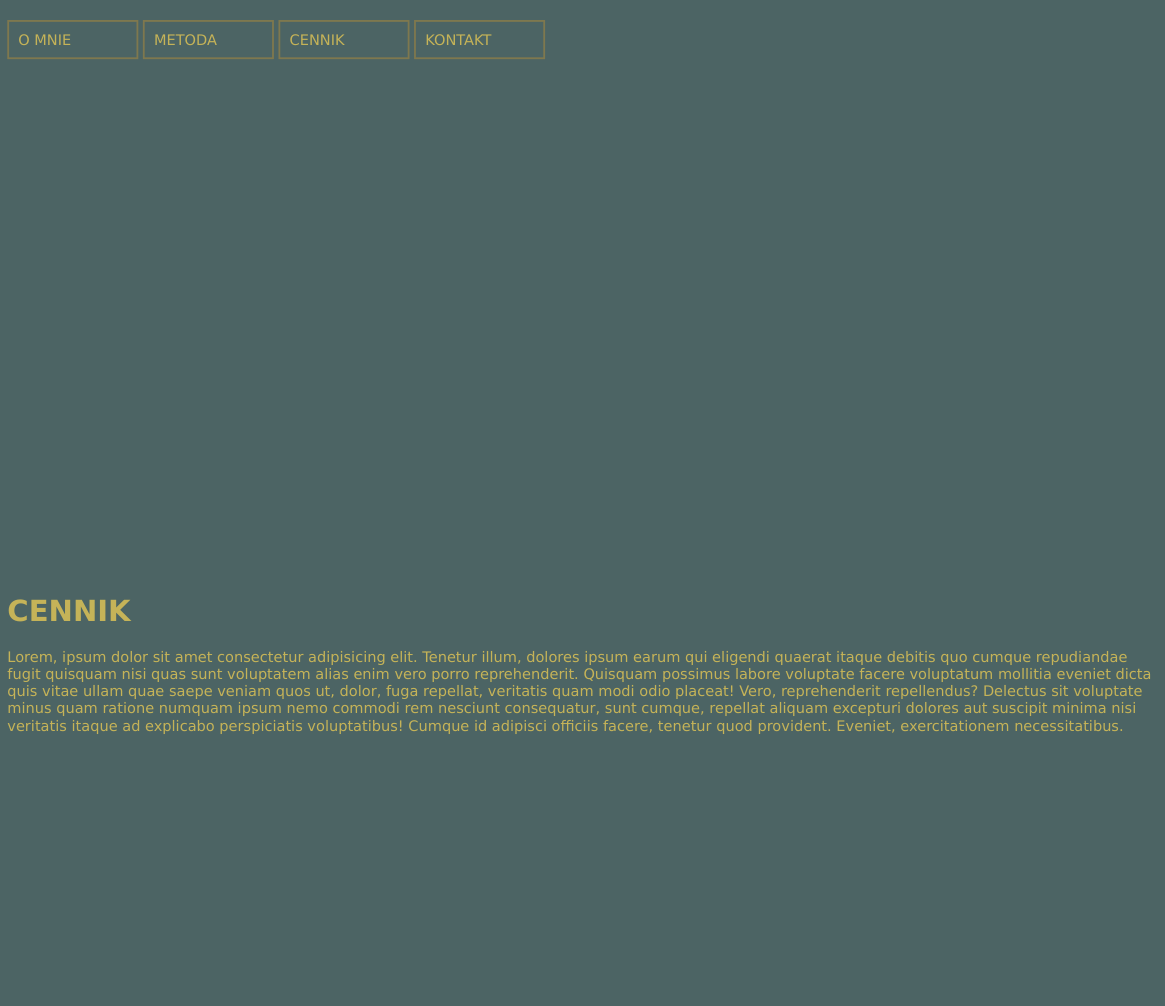
Repository: LechCieslak/zzz_webside
Page: index.html
These files come from the project's save history. The page is drawn as it stood at one moment and after a run of saves; the edit follows.
The browser window is 1280 px wide. The pictures show the whole page, at 91% of full size.

Above is the page before, as saved 2020-08-19 21:34:04.
Console error: TypeError: Cannot read properties of null (reading 'addEventListener')

### index.html
<!DOCTYPE html>
<html lang="pl">
<head>
    <meta charset="UTF-8">
    <meta name="viewport" content="width=device-width, initial-scale=1.0">
    <link rel="stylesheet" href="style.css">
    <title>zzz_web</title>
</head>
<body>

    <main>

        <div class="menu">
            <ul>
                <li>O MNIE</li>
                <li>METODA</li>
                <li>CENNIK</li>
                <li>KONTAKT</li>
            </ul>
        </div>

        <div class="oMnie">
            <h1>O MNIE</h1>
            <p>Lorem, ipsum dolor sit amet consectetur adipisicing elit. Tenetur illum, dolores ipsum earum qui eligendi quaerat itaque debitis quo cumque repudiandae fugit quisquam nisi quas sunt voluptatem alias enim vero porro reprehenderit. Quisquam possimus labore voluptate facere voluptatum mollitia eveniet dicta quis vitae ullam quae saepe veniam quos ut, dolor, fuga repellat, veritatis quam modi odio placeat! Vero, reprehenderit repellendus? Delectus sit voluptate minus quam ratione numquam ipsum nemo commodi rem nesciunt consequatur, sunt cumque, repellat aliquam excepturi dolores aut suscipit minima nisi veritatis itaque ad explicabo perspiciatis voluptatibus! Cumque id adipisci officiis facere, tenetur quod provident. Eveniet, exercitationem necessitatibus.</p>
        </div>

        <div class="metoda">
            <h1>METODA</h1>
            <p>Lorem, ipsum dolor sit amet consectetur adipisicing elit. Tenetur illum, dolores ipsum earum qui eligendi quaerat itaque debitis quo cumque repudiandae fugit quisquam nisi quas sunt voluptatem alias enim vero porro reprehenderit. Quisquam possimus labore voluptate facere voluptatum mollitia eveniet dicta quis vitae ullam quae saepe veniam quos ut, dolor, fuga repellat, veritatis quam modi odio placeat! Vero, reprehenderit repellendus? Delectus sit voluptate minus quam ratione numquam ipsum nemo commodi rem nesciunt consequatur, sunt cumque, repellat aliquam excepturi dolores aut suscipit minima nisi veritatis itaque ad explicabo perspiciatis voluptatibus! Cumque id adipisci officiis facere, tenetur quod provident. Eveniet, exercitationem necessitatibus.</p>
        </div>

        <div class="kontakt">
            <h1>CENNIK</h1>
            <p>Lorem, ipsum dolor sit amet consectetur adipisicing elit. Tenetur illum, dolores ipsum earum qui eligendi quaerat itaque debitis quo cumque repudiandae fugit quisquam nisi quas sunt voluptatem alias enim vero porro reprehenderit. Quisquam possimus labore voluptate facere voluptatum mollitia eveniet dicta quis vitae ullam quae saepe veniam quos ut, dolor, fuga repellat, veritatis quam modi odio placeat! Vero, reprehenderit repellendus? Delectus sit voluptate minus quam ratione numquam ipsum nemo commodi rem nesciunt consequatur, sunt cumque, repellat aliquam excepturi dolores aut suscipit minima nisi veritatis itaque ad explicabo perspiciatis voluptatibus! Cumque id adipisci officiis facere, tenetur quod provident. Eveniet, exercitationem necessitatibus.</p>
        </div>

        <div class="metoda">
            <h1>KONTAKT</h1>
            <p>Lorem, ipsum dolor sit amet consectetur adipisicing elit. Tenetur illum, dolores ipsum earum qui eligendi quaerat itaque debitis quo cumque repudiandae fugit quisquam nisi quas sunt voluptatem alias enim vero porro reprehenderit. Quisquam possimus labore voluptate facere voluptatum mollitia eveniet dicta quis vitae ullam quae saepe veniam quos ut, dolor, fuga repellat, veritatis quam modi odio placeat! Vero, reprehenderit repellendus? Delectus sit voluptate minus quam ratione numquam ipsum nemo commodi rem nesciunt consequatur, sunt cumque, repellat aliquam excepturi dolores aut suscipit minima nisi veritatis itaque ad explicabo perspiciatis voluptatibus! Cumque id adipisci officiis facere, tenetur quod provident. Eveniet, exercitationem necessitatibus.</p>
        </div>

    </main>


    <script src="app.js"></script>
</body>
</html>

### style.css
* {
    font-family: verdana;
    padding: 0px;
}

body {
    --tlo: #4C6464;
    --text: #C5B358;
    --ramka: #7F784E;
    background-color: #4C6464;
    color: var(--text);
    animation: backgroundEffect 3s forwards;
}

.menu li {
    margin-top: 6px;
    padding: 10px;
    display: inline-block;
    border: solid 2px var(--ramka);
    list-style-type: none;
    width: 120px;
    cursor: pointer;
}

.oMnie {
    border: solid 3px var(--ramka);
    width: 70%;
    opacity: 0;
    padding: 10px;
}

.metoda {
    border: solid 3px var(--ramka);
    width: 70%;
    opacity: 0;
    padding: 10px;
}

.nowa {
    opacity: 1;
}

### app.js
let a = document.querySelector('li');
let b = document.querySelector('.oMnie');
//let C = document.querySelector('.metoda');

a.addEventListener('click', e => {
  b.classList.toggle("nowa");
  d.classList.remove("nowa");
});

// a.addEventListener('click', e => {
//   c.classList.toggle("nowa");
// });


let c = document.querySelector('.uj2');
let d = document.querySelector('.metoda');
//let C = document.querySelector('.metoda');

c.addEventListener('click', e => {
  d.classList.toggle("nowa");
  b.classList.toggle("nowa");
});

After the next 2 saves:
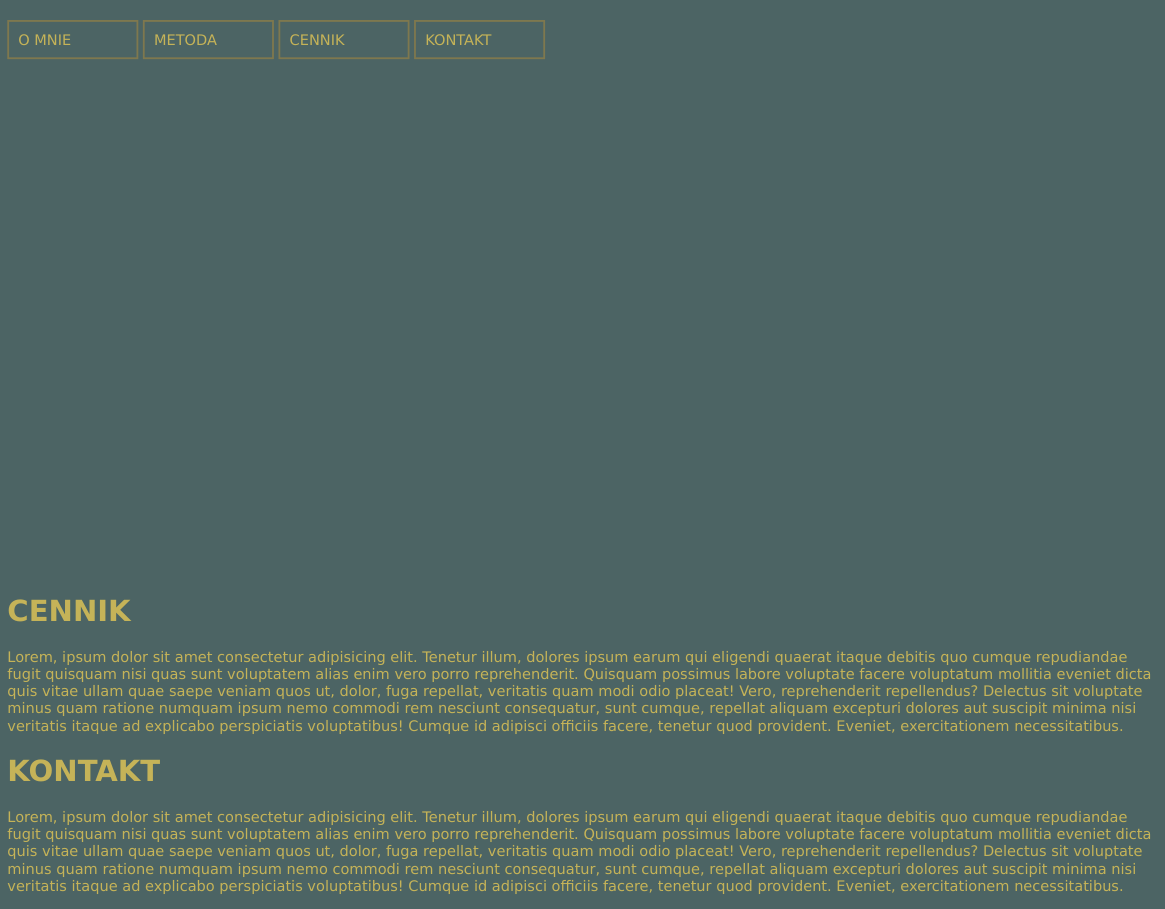
The 2 saves are shown as one change because they came seconds apart.
The last was saved 14 s later.
--- a/index.html
+++ b/index.html
@@ -29,12 +29,12 @@
             <p>Lorem, ipsum dolor sit amet consectetur adipisicing elit. Tenetur illum, dolores ipsum earum qui eligendi quaerat itaque debitis quo cumque repudiandae fugit quisquam nisi quas sunt voluptatem alias enim vero porro reprehenderit. Quisquam possimus labore voluptate facere voluptatum mollitia eveniet dicta quis vitae ullam quae saepe veniam quos ut, dolor, fuga repellat, veritatis quam modi odio placeat! Vero, reprehenderit repellendus? Delectus sit voluptate minus quam ratione numquam ipsum nemo commodi rem nesciunt consequatur, sunt cumque, repellat aliquam excepturi dolores aut suscipit minima nisi veritatis itaque ad explicabo perspiciatis voluptatibus! Cumque id adipisci officiis facere, tenetur quod provident. Eveniet, exercitationem necessitatibus.</p>
         </div>
 
-        <div class="kontakt">
+        <div class="cennik">
             <h1>CENNIK</h1>
             <p>Lorem, ipsum dolor sit amet consectetur adipisicing elit. Tenetur illum, dolores ipsum earum qui eligendi quaerat itaque debitis quo cumque repudiandae fugit quisquam nisi quas sunt voluptatem alias enim vero porro reprehenderit. Quisquam possimus labore voluptate facere voluptatum mollitia eveniet dicta quis vitae ullam quae saepe veniam quos ut, dolor, fuga repellat, veritatis quam modi odio placeat! Vero, reprehenderit repellendus? Delectus sit voluptate minus quam ratione numquam ipsum nemo commodi rem nesciunt consequatur, sunt cumque, repellat aliquam excepturi dolores aut suscipit minima nisi veritatis itaque ad explicabo perspiciatis voluptatibus! Cumque id adipisci officiis facere, tenetur quod provident. Eveniet, exercitationem necessitatibus.</p>
         </div>
 
-        <div class="metoda">
+        <div class="kontakt">
             <h1>KONTAKT</h1>
             <p>Lorem, ipsum dolor sit amet consectetur adipisicing elit. Tenetur illum, dolores ipsum earum qui eligendi quaerat itaque debitis quo cumque repudiandae fugit quisquam nisi quas sunt voluptatem alias enim vero porro reprehenderit. Quisquam possimus labore voluptate facere voluptatum mollitia eveniet dicta quis vitae ullam quae saepe veniam quos ut, dolor, fuga repellat, veritatis quam modi odio placeat! Vero, reprehenderit repellendus? Delectus sit voluptate minus quam ratione numquam ipsum nemo commodi rem nesciunt consequatur, sunt cumque, repellat aliquam excepturi dolores aut suscipit minima nisi veritatis itaque ad explicabo perspiciatis voluptatibus! Cumque id adipisci officiis facere, tenetur quod provident. Eveniet, exercitationem necessitatibus.</p>
         </div>
